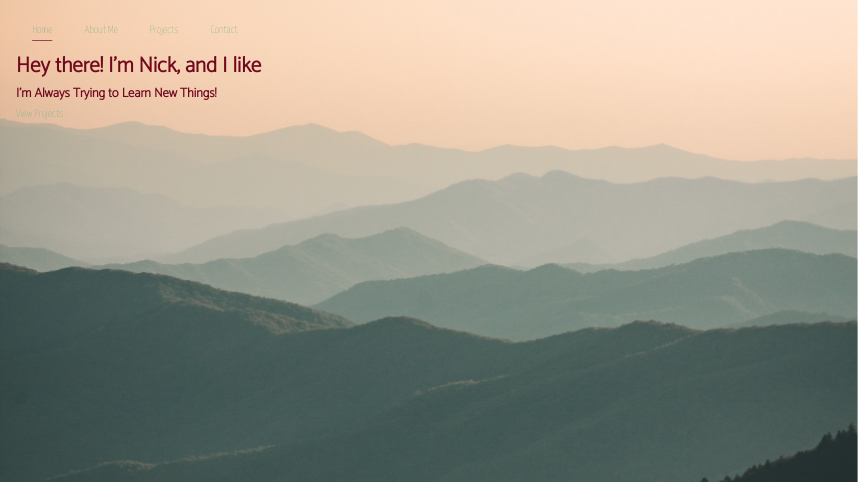
Repository: TrellixVulnTeam/pre-work_928R
Page: deploy/index.html
These files come from the project's save history. The page is drawn as it stood at one moment and after the next save; the edit follows.
The browser window is 1280 px wide. The pictures show the whole page, at 67% of full size.
Some web libraries are served in a nearby version. The style sheet was rebuilt from its Sass, Less or Tailwind sources for each picture, by a compiler version that may differ from the author's.

Above is the page before, as saved 2022-04-18 19:24:45.

After the next save:
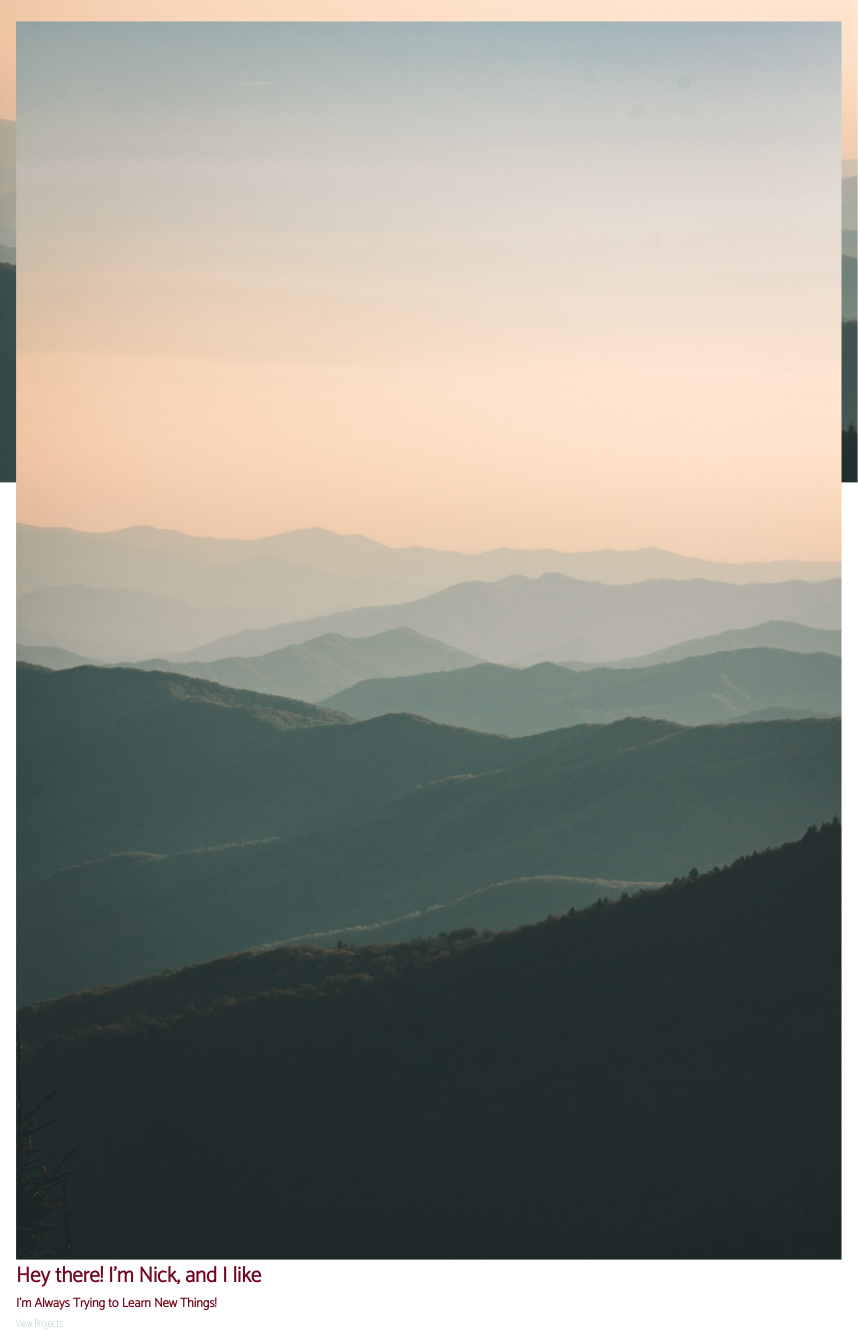
Saved 2 min 27 s later.
--- a/deploy/index.html
+++ b/deploy/index.html
@@ -20,6 +20,7 @@
     <header id="header-home">
       <div class="container">
         <nav id="main-nav">
+          <img src="deploy/img/hero_image.jpg" alt="Logo image" id="main-nav" />
           <ul>
             <li><a href="index.html" class="current">Home</a></li>
             <li><a href="about.html">About Me</a></li>
--- a/scss/main.scss
+++ b/scss/main.scss
@@ -42,6 +42,10 @@ p {
     color: $tertiaryText;
     font-size: medium;
     font-family: 'Dosis', sans-serif;
+}
+
+img {
+    width: 100%;
 }
 
 // utilities

After the save that followed:
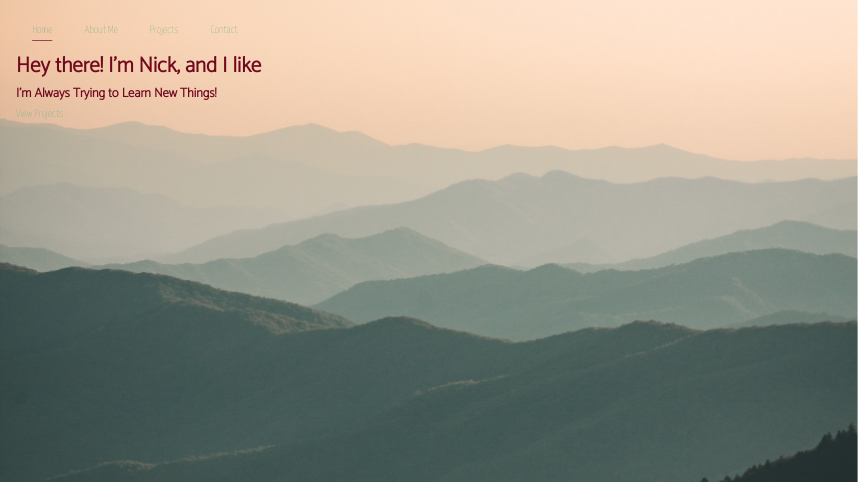
Saved 22 s later.
--- a/deploy/index.html
+++ b/deploy/index.html
@@ -20,7 +20,6 @@
     <header id="header-home">
       <div class="container">
         <nav id="main-nav">
-          <img src="deploy/img/hero_image.jpg" alt="Logo image" id="main-nav" />
           <ul>
             <li><a href="index.html" class="current">Home</a></li>
             <li><a href="about.html">About Me</a></li>
